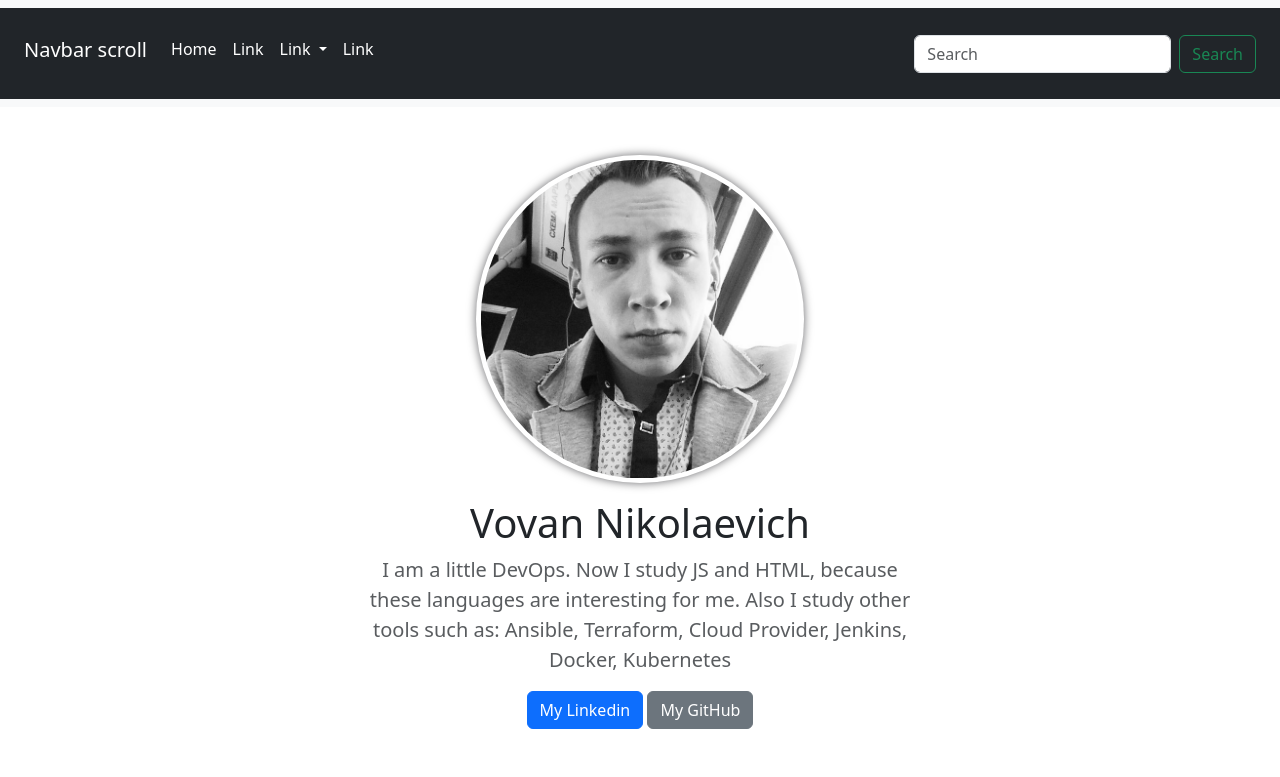
Repository: vovanbl411/mini-web-site
Page: index.html
The author's editor kept a copy of each file at every save. The page is drawn from the files as they stood at one save, then again after the next save.
The browser window is 1280 px wide. The pictures show the whole page.

Above is the page before, as saved 2023-01-22 00:14:09.

### index.html
<!DOCTYPE html>
<html lang="en">
  <head>
    <meta charset="UTF-8" />
    <meta name="viewport" content="width=device-width, initial-scale=1.0" />
    <title>My page</title>
    <link
      href="https://cdn.jsdelivr.net/npm/bootstrap@5.3.0-alpha1/dist/css/bootstrap.min.css"
      rel="stylesheet"
      integrity="sha384-GLhlTQ8iRABdZLl6O3oVMWSktQOp6b7In1Zl3/Jr59b6EGGoI1aFkw7cmDA6j6gD"
      crossorigin="anonymous"
    />
    <style>
      .rounded-img {
        width: 60%;
        border-radius: 50%;
        box-shadow: 0 0 10px rgba(0, 0, 7, 0.6);
        padding: 0.3em;
        margin-bottom: 1em;
      }
    </style>
  </head>
  <body>
    <nav class="navbar navbar-expand-lg bg-body-tertiary">
      <div class="container-fluid bg-dark p-4">
        <a class="navbar-brand text-white h4" href="#">Navbar scroll</a>
        <button
          class="navbar-toggler"
          type="button"
          data-bs-toggle="collapse"
          data-bs-target="#navbarScroll"
          aria-controls="navbarScroll"
          aria-expanded="false"
          aria-label="Toggle navigation"
        >
          <span class="navbar-toggler-icon"></span>
        </button>
        <div class="collapse navbar-collapse" id="navbarScroll">
          <ul
            class="navbar-nav me-auto my-2 my-lg-0 navbar-nav-scroll"
            style="--bs-scroll-height: 100px"
          >
            <li class="nav-item">
              <a
                class="nav-link active text-white h4"
                aria-current="page"
                href="#"
                >Home</a
              >
            </li>
            <li class="nav-item">
              <a class="nav-link text-white h4" href="#">Link</a>
            </li>
            <li class="nav-item dropdown">
              <a
                class="nav-link dropdown-toggle text-white h4"
                href="#"
                role="button"
                data-bs-toggle="dropdown"
                aria-expanded="false"
              >
                Link
              </a>
              <ul class="dropdown-menu">
                <li>
                  <a class="dropdown-item text-white h4" href="#">Action</a>
                </li>
                <li>
                  <a class="dropdown-item text-white h4" href="#"
                    >Another action</a
                  >
                </li>
                <li><hr class="dropdown-divider text-white h4" /></li>
                <li>
                  <a class="dropdown-item text-white h4" href="#"
                    >Something else here</a
                  >
                </li>
              </ul>
            </li>
            <li class="nav-item">
              <a class="nav-link disabled text-white h4">Link</a>
            </li>
          </ul>
          <form class="d-flex" role="search">
            <input
              class="form-control me-2"
              type="search"
              placeholder="Search"
              aria-label="Search"
            />
            <button class="btn btn-outline-success" type="submit">
              Search
            </button>
          </form>
        </div>
      </div>
    </nav>
    <div class="container text-center my-5">
      <div class="row">
        <div class="col-lg-6 col-md-8 mx-auto">
          <img
            class="rounded-img"
            src="Screenshot.png"
            alt="Vovan Nikolaevich"
          />
          <h1 class="fw-light">Vovan Nikolaevich</h1>
          <p class="lead text-muted">
            I am a little DevOps. Now I study JS and HTML, because these
            languages are interesting for me. Also I study other tools such as:
            Ansible, Terraform, Cloud Provider, Jenkins, Docker, Kubernetes
          </p>
          <a
            href="https://www.linkedin.com/in/vovan-nikolaevich/"
            target="_blank"
            class="btn btn-primary"
          >
            My Linkedin
          </a>
          <a
            href="https://github.com/vovanbl411"
            target="_blank"
            class="btn btn-secondary"
          >
            My GitHub
          </a>
        </div>
      </div>
    </div>
  </body>
</html>

After the next save:
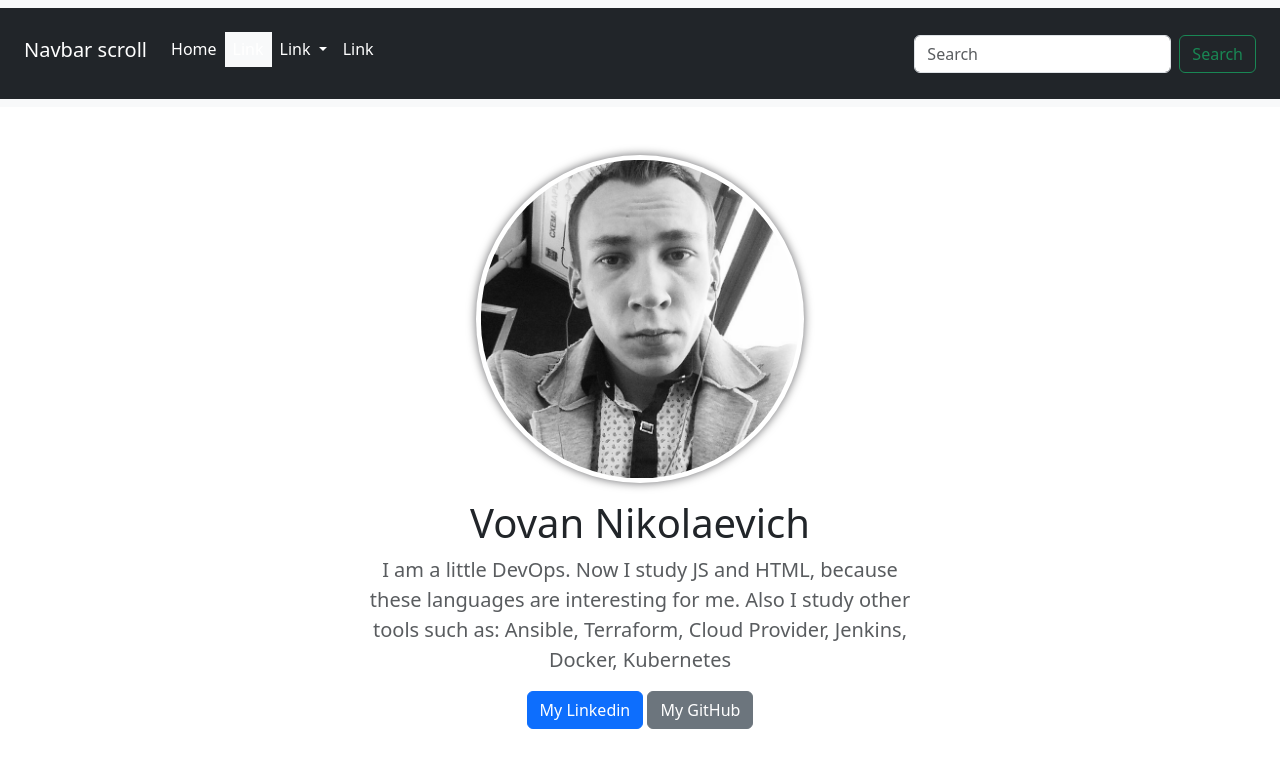
Saved 3 min 45 s later.
--- a/index.html
+++ b/index.html
@@ -49,7 +49,9 @@
               >
             </li>
             <li class="nav-item">
-              <a class="nav-link text-white h4" href="#">Link</a>
+              <a class="nav-link text-white h4 bg-body-tertiary" href="#"
+                >Link</a
+              >
             </li>
             <li class="nav-item dropdown">
               <a
